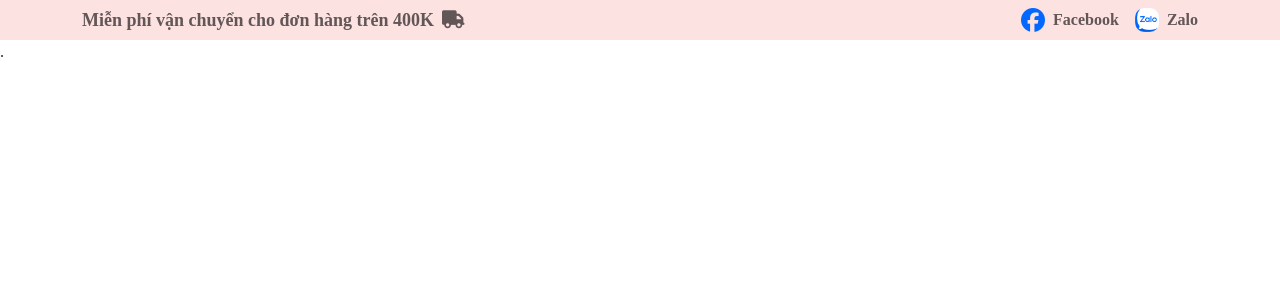
Repository: hoang28092000/kim-store
Page: index.html
An editor plug-in stored every save of this project. The page is shown before and after the next save, followed by the edit.
The browser window is 1280 px wide. The pictures show the whole page.
Some web libraries are served in a nearby version.

Above is the page before, as saved 2024-11-01 10:31:12.

After the next save:
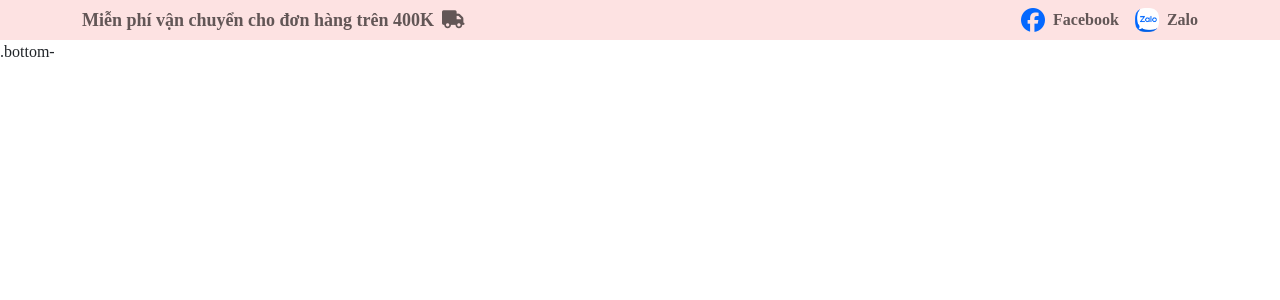
Saved 13 s later.
--- a/index.html
+++ b/index.html
@@ -32,7 +32,7 @@
                     </ul>
                 </div>
         </div>
-        .
+        .bottom-
         <div class="main_header">
 
         </div>

After the 2 saves that followed:
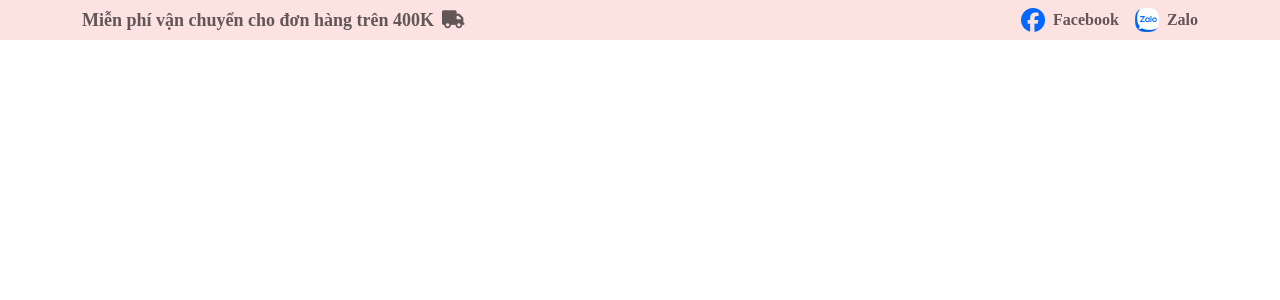
The 2 saves are shown as one change because they came seconds apart.
The last was saved 7 s later.
--- a/index.html
+++ b/index.html
@@ -32,7 +32,9 @@
                     </ul>
                 </div>
         </div>
-        .bottom-
+        <div class="bottom_headder">
+
+        </div>
         <div class="main_header">
 
         </div>
